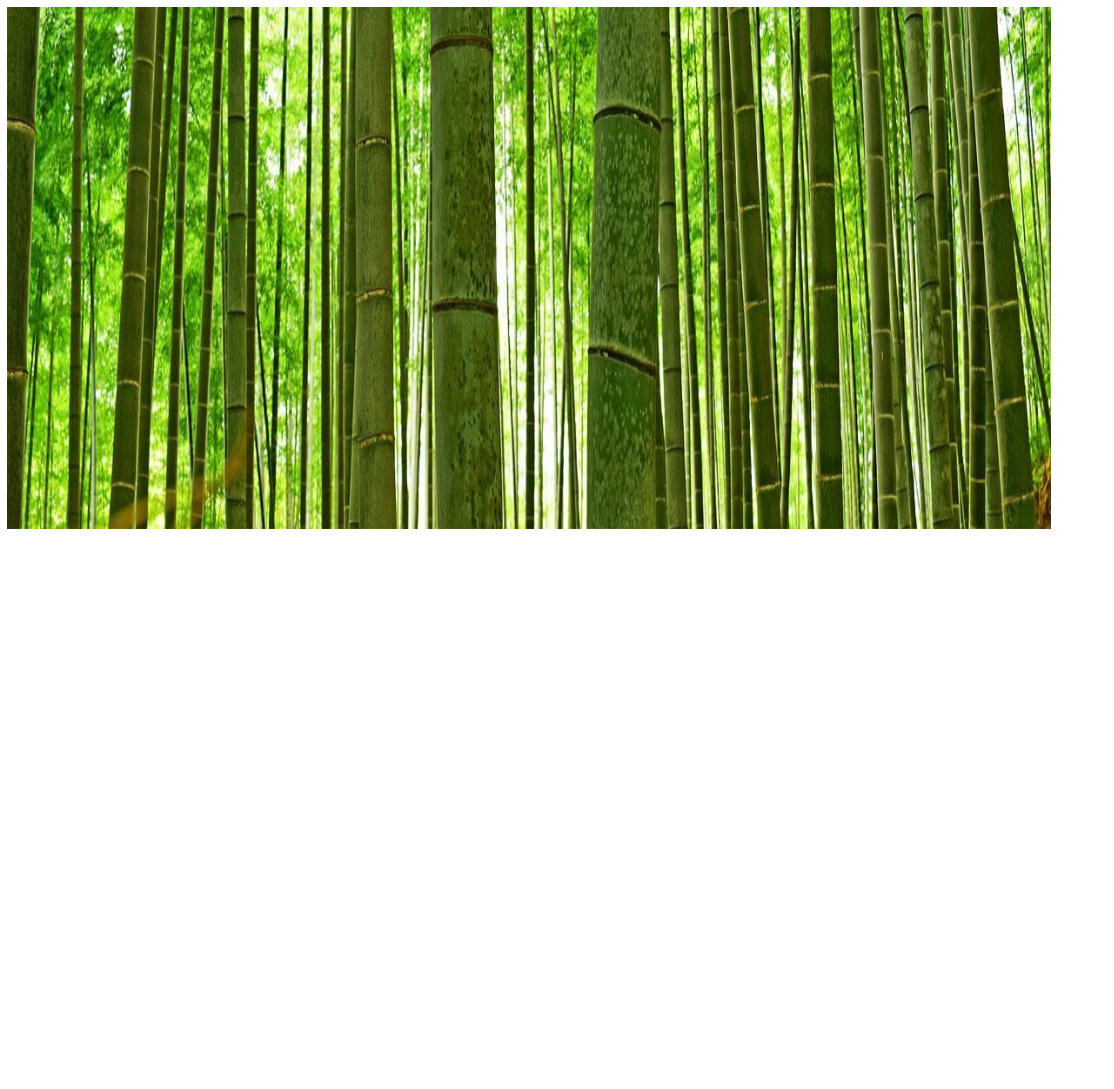
Repository: tanasa-mircea/playground
Page: canvas-filters/index.html
These files come from the project's save history. The page is drawn as it stood at one moment and after the next save; the edit follows.
The browser window is 1280 px wide. The pictures show the whole page, at 87% of full size.

Above is the page before, as saved 2019-02-08 10:58:07.

After the next save:
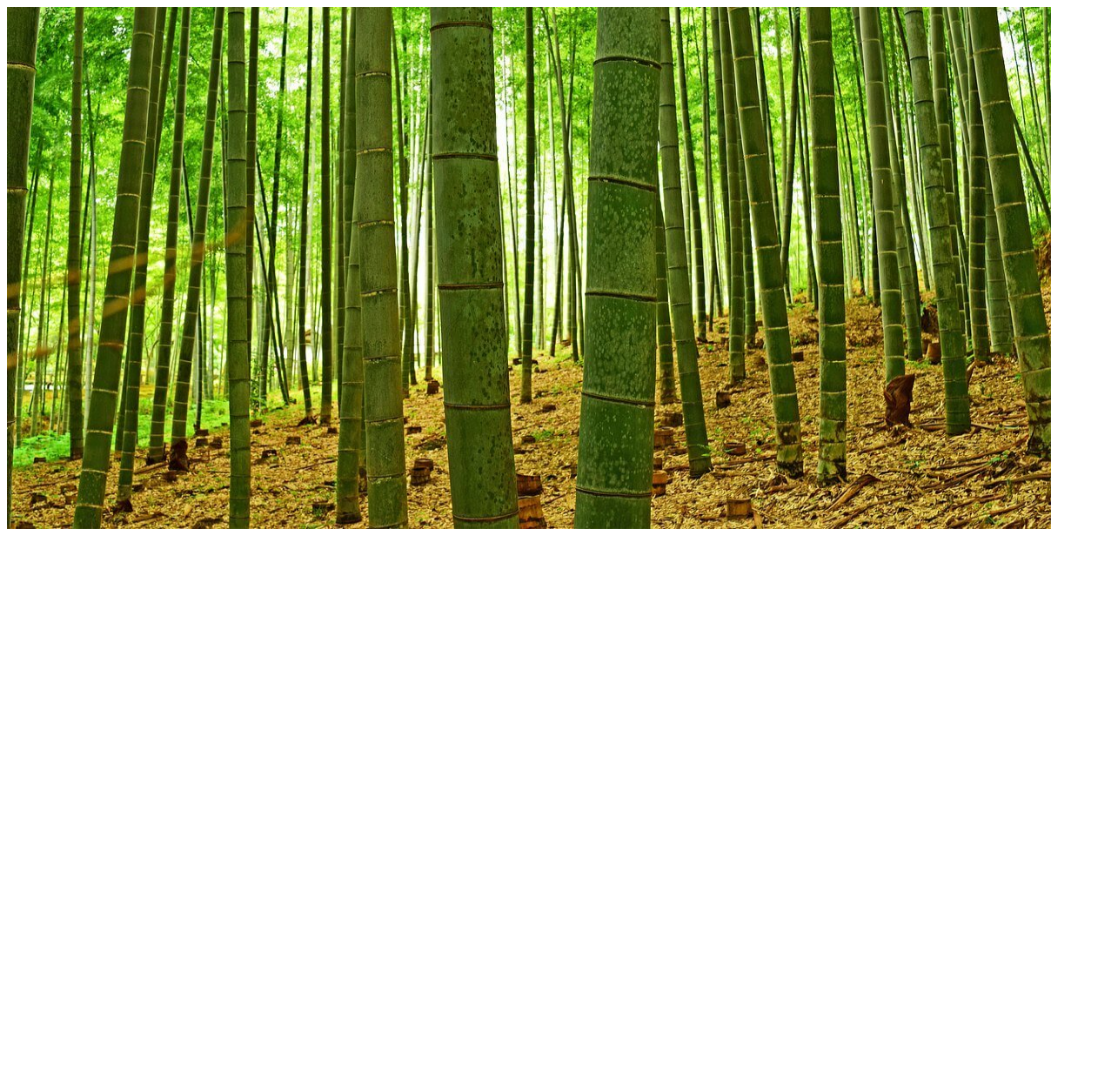
Saved 6 s later.
--- a/canvas-filters/main.js
+++ b/canvas-filters/main.js
@@ -14,7 +14,7 @@ function initCanvas() {
   canvas.height = config.canvasHeight;
   canvasContext = canvas.getContext("2d");
   image = document.getElementById("bamboo");
-  canvasContext.drawImage(image, 0, 0, config.canvasWidth, config.canvasWidth);
+  canvasContext.drawImage(image, 0, 0, config.canvasWidth, config.canvasHeight);
 }
 
 window.onload = function() {
